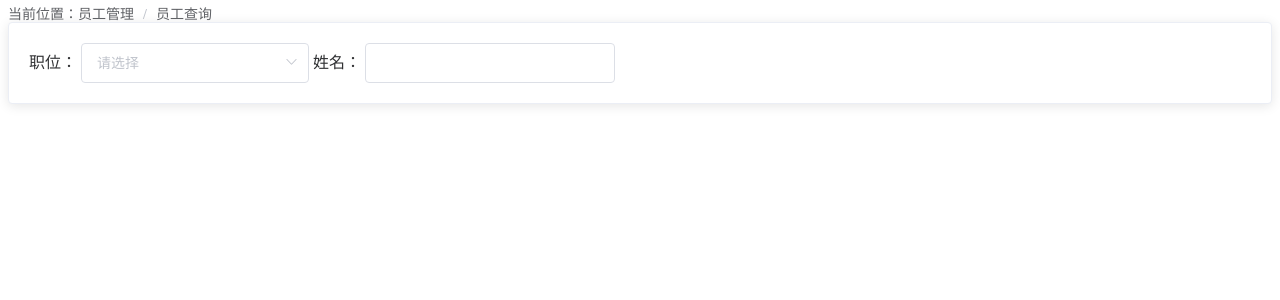
Repository: YUNjwyao/vue_hrm
Page: /#/employee
The author's editor kept a copy of each file at every save. The page is drawn from the files as they stood at one save, then again after the next save.
The browser window is 1280 px wide. The pictures show the whole page.
The project was rebuilt for these pictures with package versions that can differ from the ones it lists, and the page was loaded fresh each time.

Above is the page before, as saved 2020-10-15 19:11:06.

### src/App.vue
<template>
  <div id="app">
     <!-- 路由占位符 -->
     <router-view></router-view>
  </div>
</template>

<script>

export default {

}
</script>

<style lang="less" scoped>

</style>

### src/router/index.js
import Vue from 'vue'
import VueRouter from 'vue-router'
import EmployeeQuery from '../components/Employee/EmployeeQuery.vue'

Vue.use(VueRouter)

const routes = [
 {
   path: '/employee',component: EmployeeQuery
 }
]

const router = new VueRouter({
  routes
})

export default router

### src/plugins/element.js
import Vue from 'vue'
import {
    Button,
    Breadcrumb,
    BreadcrumbItem,
    Card,
    Select,
    Option,
    Input
} from 'element-ui'


Vue.use(Button)
Vue.use(Breadcrumb)
Vue.use(BreadcrumbItem)
Vue.use(Card)
Vue.use(Select)
Vue.use(Option)
Vue.use(Input)

### src/components/Employee/EmployeeQuery.vue
<template>
  <div class="employee">
    <!-- 面包屑导航 -->
    <el-breadcrumb separator="/">
      <el-breadcrumb-item>当前位置：员工管理</el-breadcrumb-item>
      <el-breadcrumb-item><a href="/">员工查询</a></el-breadcrumb-item>
    </el-breadcrumb>
    <!-- 查询输入框 -->
    <el-card>
		职位：
      <el-select v-model="value" placeholder="请选择">
        <el-option
          v-for="item in options"
          :key="item.value"
          :label="item.label"
          :value="item.value"
        >
        </el-option>
      </el-select>
	     姓名：
	   <el-input v-model="input"></el-input>
    </el-card>
  </div>
</template>

<script>
export default {
	data(){
		return {
			options: [{
          value: '选项1',
          label: '经理'
        }, {
          value: '选项2',
          label: '职员'
        }]
		}
	}
};
</script>

<style lang="less" scoped>
.el-input{
	width: 250px;
}
</style>

Loaded but not shown: public/index.html (common file); src/main.js (common file); src/store/index.js (common file)

After the next save:
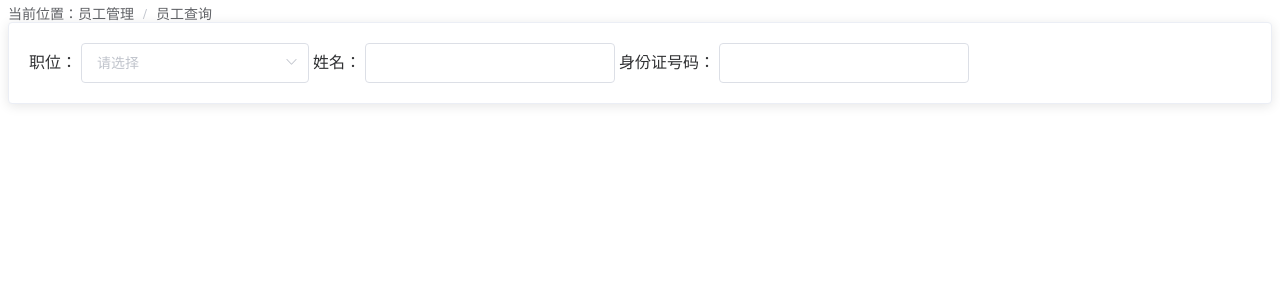
Saved 50 s later.
--- a/src/components/Employee/EmployeeQuery.vue
+++ b/src/components/Employee/EmployeeQuery.vue
@@ -18,6 +18,8 @@
         </el-option>
       </el-select>
 	     姓名：
+	   <el-input v-model="input"></el-input>
+	     身份证号码：
 	   <el-input v-model="input"></el-input>
     </el-card>
   </div>
